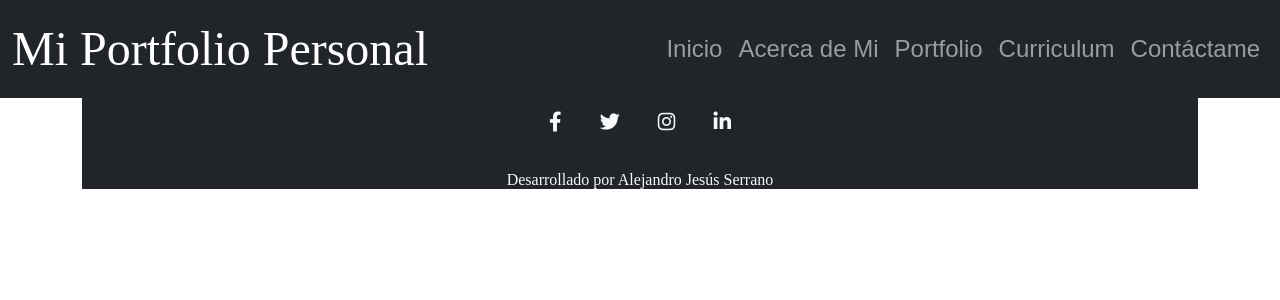
Repository: AlejandroJesusSerrano/portfolio
Page: portfolio/core/templates/core/base.html
An editor plug-in stored every save of this project. The page is shown before and after the next save, followed by the edit.
The browser window is 1280 px wide. The pictures show the whole page.
Some web fonts or font styles are not loaded; a fallback is used. The template is drawn by Django 4.2. The application's start-up code is not run. The template is opened directly, without the code that normally fills it, so the values that code supplies are empty.

Above is the page before, as saved 2023-09-06 08:29:55.

After the next save:
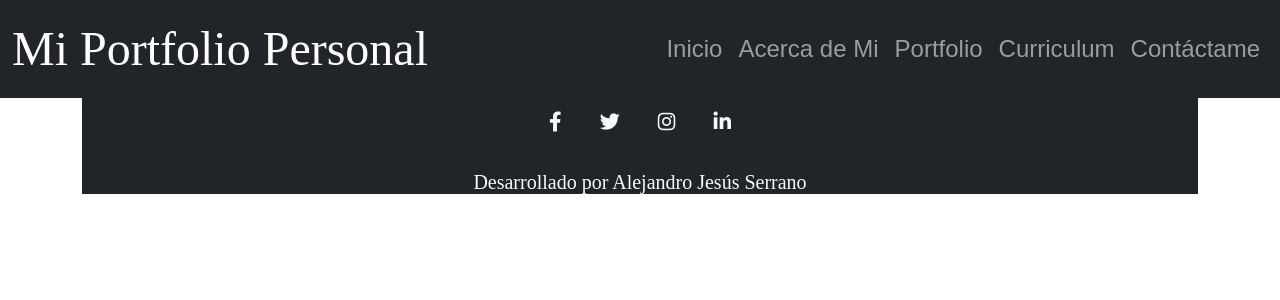
Saved 18 s later.
--- a/portfolio/core/templates/core/base.html
+++ b/portfolio/core/templates/core/base.html
@@ -67,8 +67,8 @@
       </section>
       <section>
         <div class="container">
-          <div>
-            <h5 class="develop">Desarrollado por Alejandro Jesús Serrano</h5>
+          <div class="develop">
+            <h5>Desarrollado por Alejandro Jesús Serrano</h5>
           </div>
         </div>
       </section>
